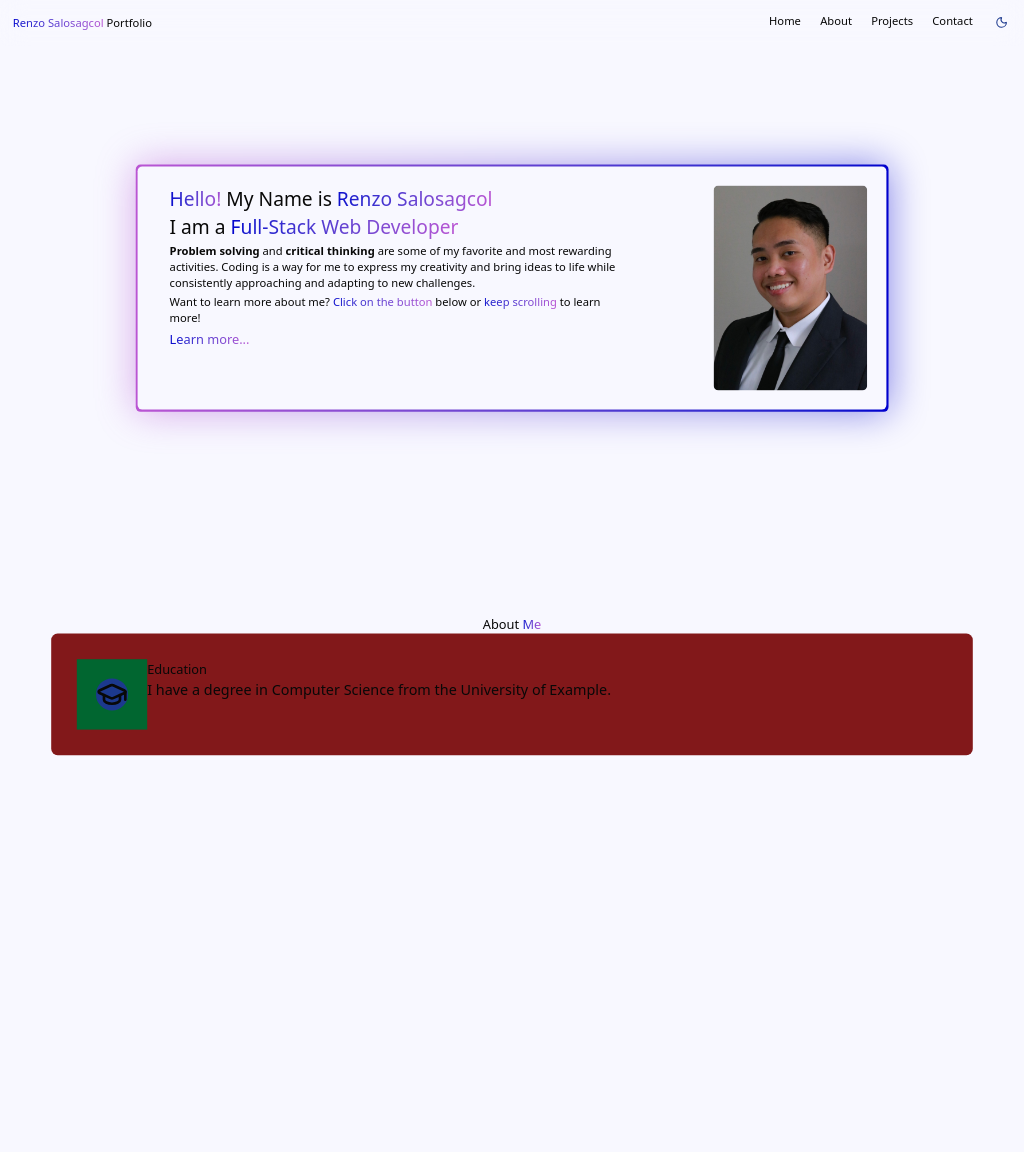
Repository: Renzo-Salosagcol/Updated_Personal_Portfolio
Page: /
An editor plug-in stored every save of this project. The page is shown before and after the next save, followed by the edit.
The browser window is 1280 px wide. The pictures show the whole page, at 80% of full size.
The project was rebuilt for these pictures with package versions that can differ from the ones it lists, and the page was loaded fresh each time. Also part of the build but not shown: vite.config.js, src/pages/NotFound.jsx.

Above is the page before, as saved 2025-10-10 12:32:47.

After the next save:
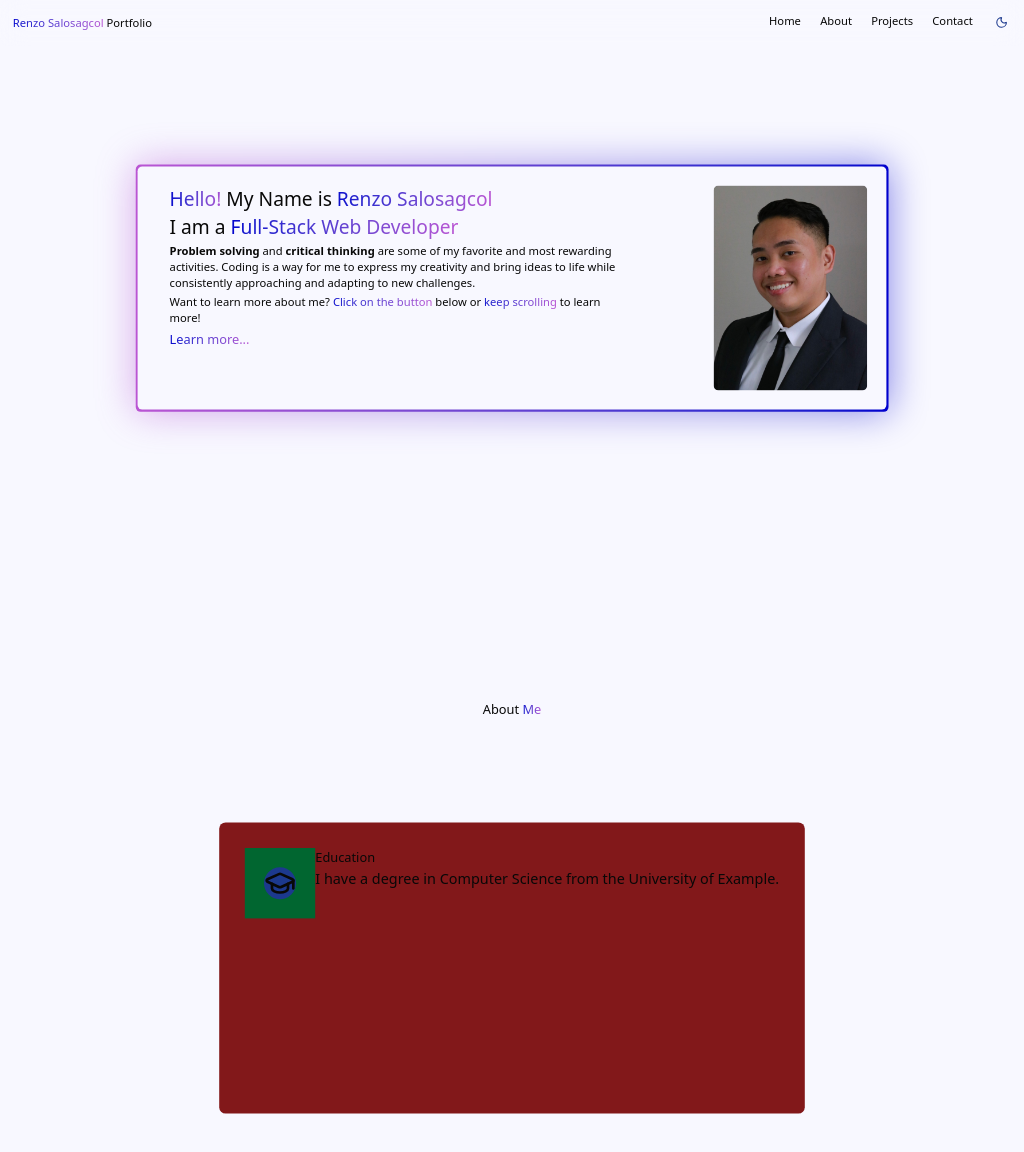
Saved 22 s later.
--- a/src/components/About.jsx
+++ b/src/components/About.jsx
@@ -11,7 +11,7 @@
 
 export const About = () => {
   return (
-    <section id="about" className="relative min-h-screen py-12">
+    <section id="about" className="relative min-h-screen py-12 grid gird-cols-1 gap-6">
       <div className="top-0 flex items-center justify-center">
         <h1 >About <span className="gradient-text">Me</span></h1>
       </div>

After the 3 saves that followed:
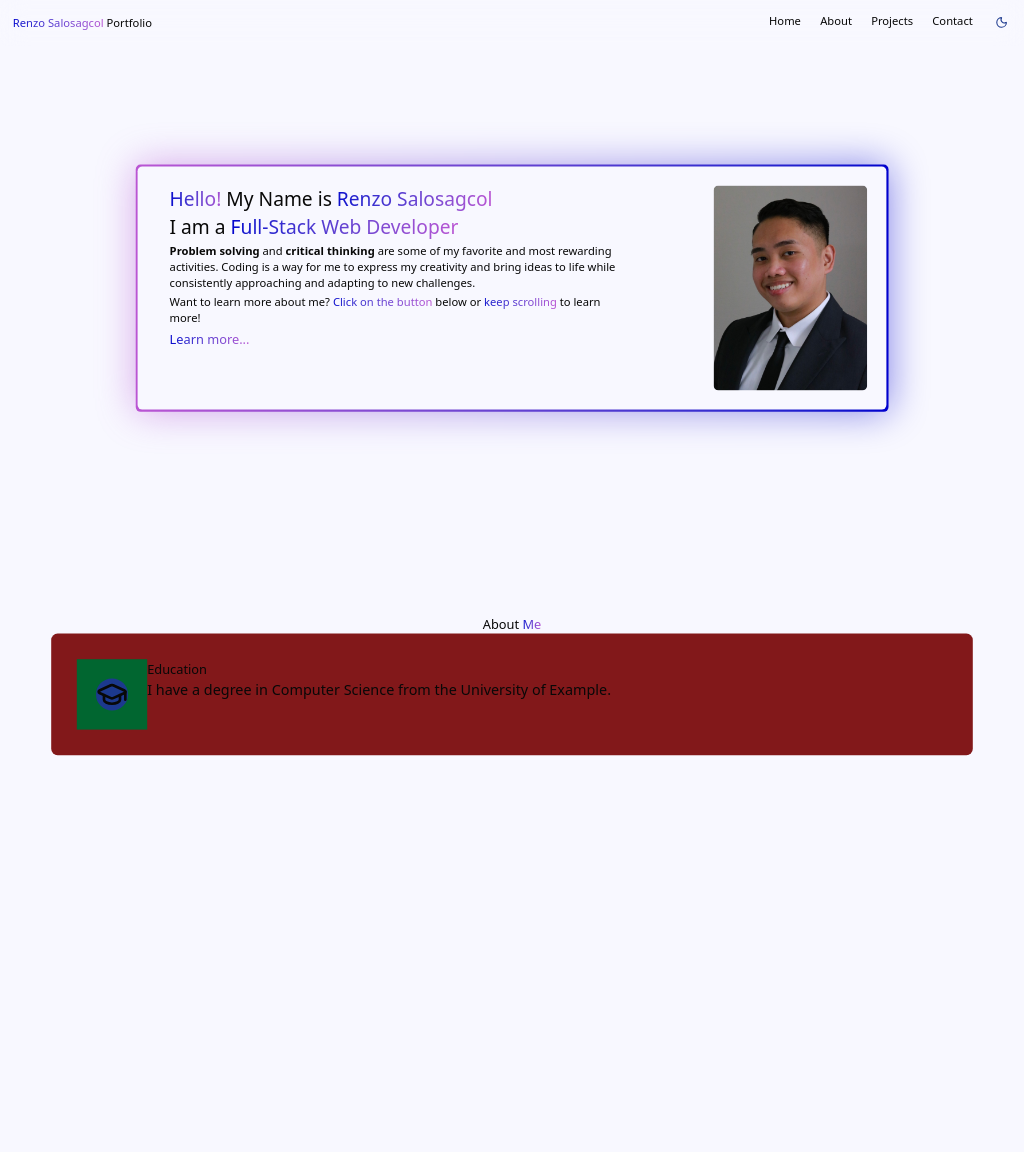
The 3 saves are shown as one change because 1 left the picture as it was and some came seconds apart.
The last was saved 19 s later.
--- a/src/components/About.jsx
+++ b/src/components/About.jsx
@@ -11,7 +11,7 @@
 
 export const About = () => {
   return (
-    <section id="about" className="relative min-h-screen py-12 grid gird-cols-1 gap-6">
+    <section id="about" className="relative min-h-screen py-12">
       <div className="top-0 flex items-center justify-center">
         <h1 >About <span className="gradient-text">Me</span></h1>
       </div>
